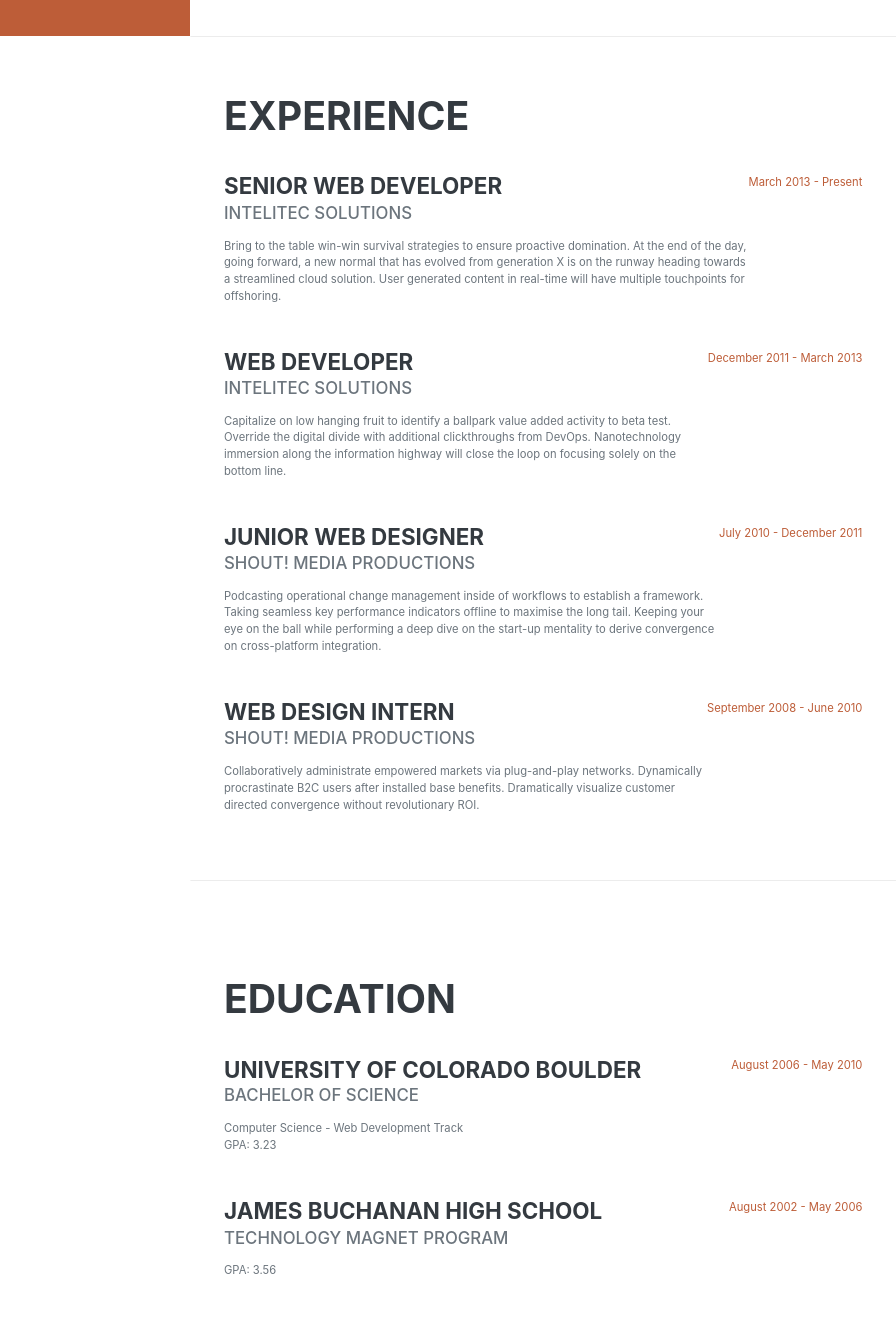
Repository: minsuk1/portfolio
Page: index.html
These files come from the project's save history. The page is drawn as it stood at one moment and after the next save; the edit follows.
The browser window is 1280 px wide. The pictures show the part of the page from y = 668 to 2588 px (the page is 4810 px tall before and 4738 px after), at 70% of full size.
Some web fonts or font styles are not loaded; a fallback is used.

Above is the page before, as saved 2021-01-01 10:36:38.

After the next save:
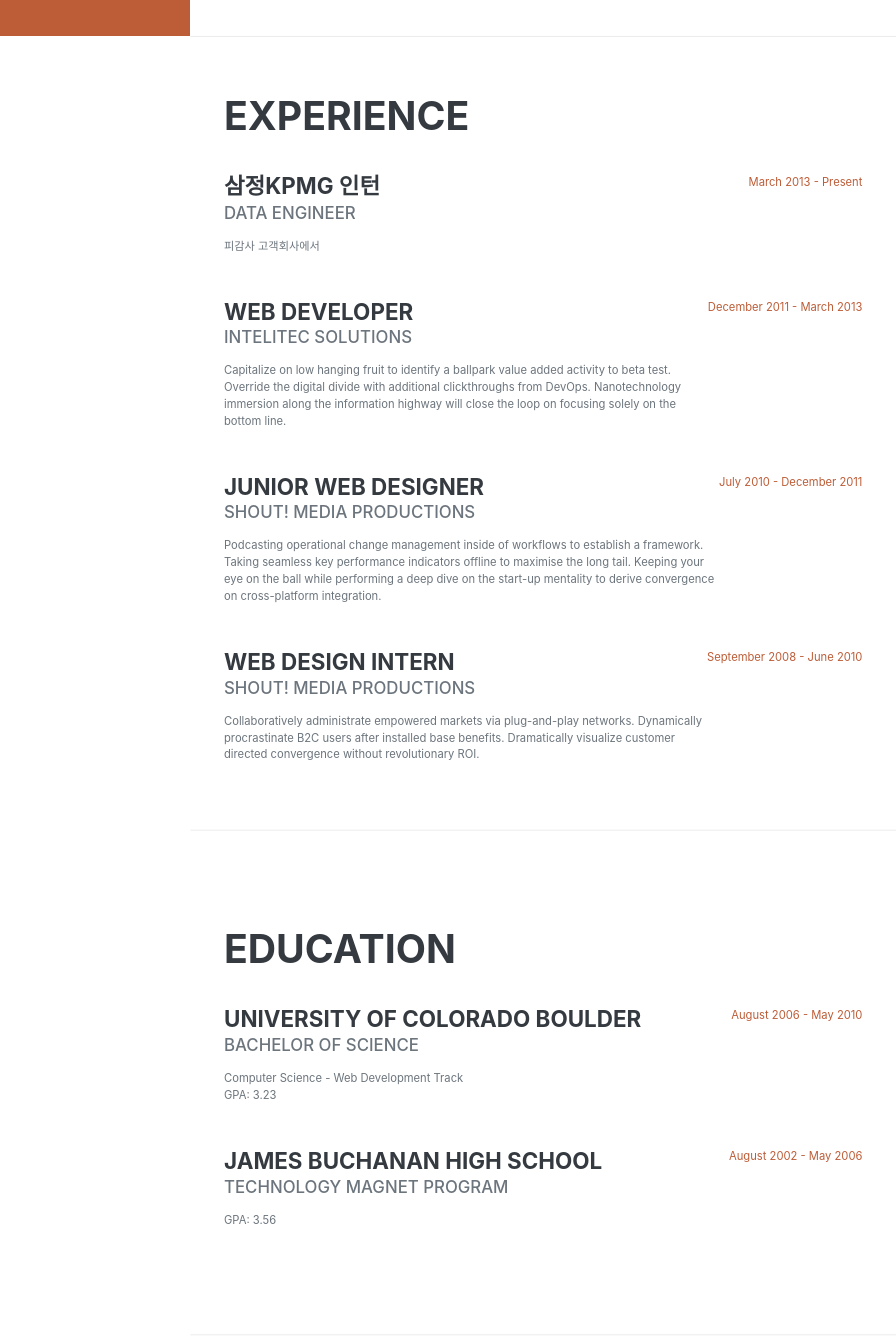
Saved 79 s later.
--- a/index.html
+++ b/index.html
@@ -62,9 +62,9 @@
                     <h2 class="mb-5">Experience</h2>
                     <div class="d-flex flex-column flex-md-row justify-content-between mb-5">
                         <div class="flex-grow-1">
-                            <h3 class="mb-0">Senior Web Developer</h3>
-                            <div class="subheading mb-3">Intelitec Solutions</div>
-                            <p>Bring to the table win-win survival strategies to ensure proactive domination. At the end of the day, going forward, a new normal that has evolved from generation X is on the runway heading towards a streamlined cloud solution. User generated content in real-time will have multiple touchpoints for offshoring.</p>
+                            <h3 class="mb-0">삼정KPMG 인턴</h3>
+                            <div class="subheading mb-3">Data Engineer</div>
+                            <p>피감사 고객회사에서 </p>
                         </div>
                         <div class="flex-shrink-0"><span class="text-primary">March 2013 - Present</span></div>
                     </div>
